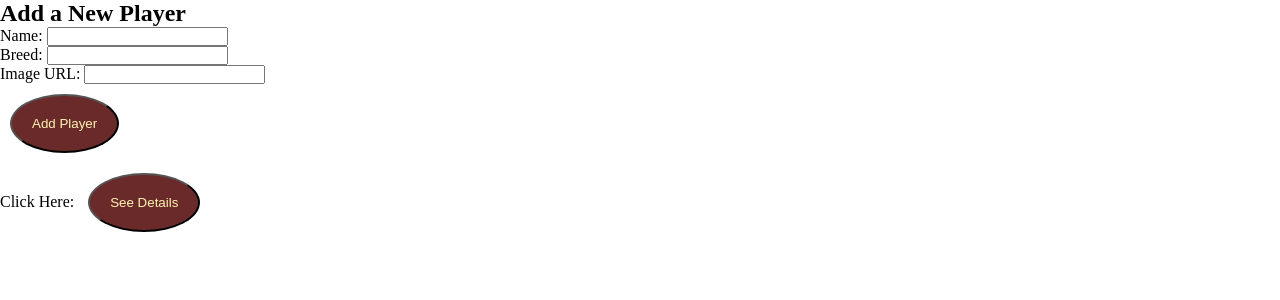
Repository: StaceyS27/puppybowl
Page: index.html
An editor plug-in stored every save of this project. The page is shown before and after the next save, followed by the edit.
The browser window is 1280 px wide. The pictures show the whole page.
The page's requests for data from a server got no answer.

Above is the page before, as saved 2023-09-03 13:43:42.

### index.html
<!DOCTYPE html>
<html lang="en">
  <head>
    <meta charset="UTF-8" />
    <meta http-equiv="X-UA-Compatible" content="IE=edge" />
    <meta name="viewport" content="width=device-width, initial-scale=1.0" />
    <link rel="stylesheet" href="styles.css" />
    <title>PuppyBowl</title>
  </head>
  <body>
    <form id="new-player-form"></form>
    <h2>Add a New Player</h2>
    <label for="name">Name:</label>
    <input type="text" id="name" name="name" required /><br />
    <label for="breed">Breed:</label>
    <input type="text" id="breed" name="breed" required /><br />
    <label for="imageUrl">Image URL:</label>
    <input type="text" id="imageUrl" name="imageUrl" required /><br />
    <button type="submit">Add Player</button>
    <main></main>
    <form id="See Details"></form>
    <label for="See Details">Click Here:</label>
    <button type="See details">See Details</button>
    <script src="./script.js"></script>
  </body>
</html>

### styles.css
*{
  padding: 0;
  margin: 0;
  box-sizing: border-box;
}

/*-------------------NAV BAR-------------------*/
.navbar {
  margin-bottom: 20px;
  padding: 10px;
  background-image: linear-gradient(goldenrod, gold, yellow);
  border-bottom: solid 20px yellow;
}
.navbar a:hover{
  font-weight: bold;
}
.navbar>a {
  color: rgb(0, 26, 78);
  font-family: Arial, Helvetica, sans-serif;
  padding: 20px;
  text-decoration: none;
}
/*-------------------GRID-------------------*/
#player-container {
  display: grid;
  grid-template-columns: repeat(4, 1fr);
  grid-template-rows: repeat(3, 1fr);
  column-gap: 20px;
  /*Adds spacing between columns; especially the nav bar background color and other content*/
}

/*All div children of player container will have this styling. NOTE: some may be changed with !important*/
#player-container>div {
  border: solid 5px rgb(0, 26, 78);
  border-radius: 10%;
  margin: 10px;
  padding: 20px;
  background-image: linear-gradient(rgb(0, 26, 78), goldenrod);
  color: rgb(255, 244, 179);
  font-family: Arial, Helvetica, sans-serif;
}

/*-------------------PUPPY IMAGE-------------------*/
/*Sizing for puppy images */
img {
  margin-top: 10px;
  margin-bottom: 10px;
  border: solid 5px rgb(0, 26, 78);
  height: 200px;
  width: 150px;
  align-items: center;
}
/*-------------------BUTTON STYLING-------------------*/
button {
  border-radius: 50%;
  margin: 10px;
  padding: 20px;
  background-color: rgb(106, 42, 42);
  color: rgb(255, 244, 179);
  font-family: Arial, Helvetica, sans-serif;
}

### script.js
// Use the API_URL variable to make fetch requests to the API.
// Replace the placeholder with your cohort name (ex: 2109-UNF-HY-WEB-PT)
const cohortName = "2306-GHP-ET-WEB-PT-SF";
const API_URL = `https://fsa-puppy-bowl.herokuapp.com/api/${cohortName}`;

/**
 * Fetches all players from the API.
 * @returns {Object[]} the array of player objects
 */
const fetchAllPlayers = async () => {
  try {
    const response = await fetch(`${API_URL}/players`);
    const result = await response.json();
    const playersArray = result.data.players
    console.log(playersArray);
    return playersArray;
  } catch (err) {
    console.error("Uh oh, trouble fetching players!", err);
  }
};

/**
 * Fetches a single player from the API.
 * @param {number} playerId
 * @returns {Object} the player object
 */
const fetchSinglePlayer = async (playerId) => {
  try {
    const response = await fetch (`${API_URL}/players/${playerId}`)
    const result = await response.json();
    console.log(result);
    return result;
  } catch (err) {
    console.error(`Oh no, trouble fetching player #${playerId}!`, err);
  }
}


/**
 * Adds a new player to the roster via the API.
 * @param {Object} playerObj the player to add
 * @returns {Object} the player returned by the API
 */
const addNewPlayer = async (playerObj) => {
  try {
    // TODO
  } catch (err) {
    console.error("Oops, something went wrong with adding that player!", err);
  }
};

/**
 * Removes a player from the roster via the API.
 * @param {number} playerId the ID of the player to remove
 */
const removePlayer = async (playerId) => {
  try {
    // TODO
  } catch (err) {
    console.error(
      `Whoops, trouble removing player #${playerId} from the roster!`,
      err
    );
  }
};

/**
 * Updates `<main>` to display a list of all players.
 *
 * If there are no players, a corresponding message is displayed instead.
 *
 * Each player is displayed in a card with the following information:
 * - name
 * - id
 * - image (with alt text of the player's name)
 *
 * Additionally, each card has two buttons:
 * - "See details" button that, when clicked, calls `renderSinglePlayer` to
 *    display more information about the player
 * - "Remove from roster" button that, when clicked, will call `removePlayer` to
 *    remove that specific player and then re-render all players
 *
 * Note: this function should replace the current contents of `<main>`, not append to it.
 * @param {Object[]} playerList - an array of player objects
 */
const renderAllPlayers = (playerList) => {
  // TODO
};

/**
 * Updates `<main>` to display a single player.
 * The player is displayed in a card with the following information:
 * - name
 * - id
 * - breed
 * - image (with alt text of the player's name)
 * - team name, if the player has one, or "Unassigned"
 *
 * The card also contains a "Back to all players" button that, when clicked,
 * will call `renderAllPlayers` to re-render the full list of players.
 * @param {Object} player an object representing a single player
 */
const renderSinglePlayer = (player) => {
  // TODO
};

/**
 * Fills in `<form id="new-player-form">` with the appropriate inputs and a submit button.
 * When the form is submitted, it should call `addNewPlayer`, fetch all players,
 * and then render all players to the DOM.
 */
const renderNewPlayerForm = () => {
  try {
    // TODO
  } catch (err) {
    console.error("Uh oh, trouble rendering the new player form!", err);
  }
};

/**
 * Initializes the app by fetching all players and rendering them to the DOM.
 */
const init = async () => {
  const players = await fetchAllPlayers();
  renderAllPlayers(players);

  renderNewPlayerForm();
};

// This script will be run using Node when testing, so here we're doing a quick
// check to see if we're in Node or the browser, and exporting the functions
// we want to test if we're in Node.
if (typeof window === "undefined") {
  module.exports = {
    fetchAllPlayers,
    fetchSinglePlayer,
    addNewPlayer,
    removePlayer,
    renderAllPlayers,
    renderSinglePlayer,
    renderNewPlayerForm,
  };
} else {
  init();
}

After the next save:
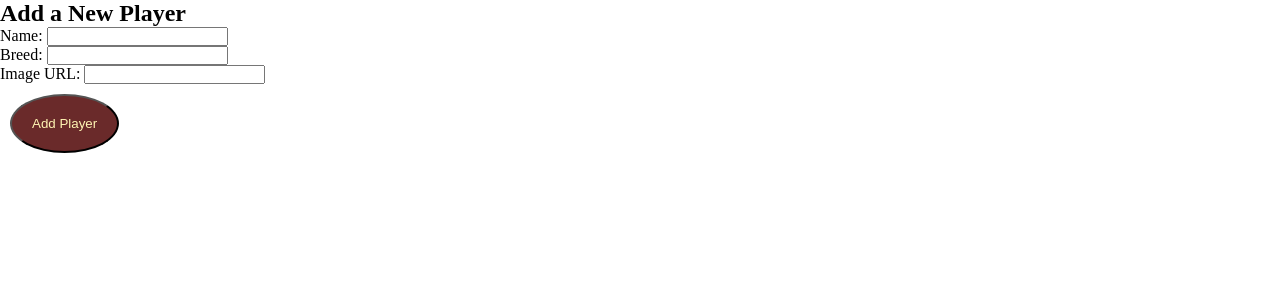
Saved 3 min 0 s later.
--- a/index.html
+++ b/index.html
@@ -18,9 +18,5 @@
     <input type="text" id="imageUrl" name="imageUrl" required /><br />
     <button type="submit">Add Player</button>
     <main></main>
-    <form id="See Details"></form>
-    <label for="See Details">Click Here:</label>
-    <button type="See details">See Details</button>
-    <script src="./script.js"></script>
-  </body>
+
 </html>

After the save that followed:
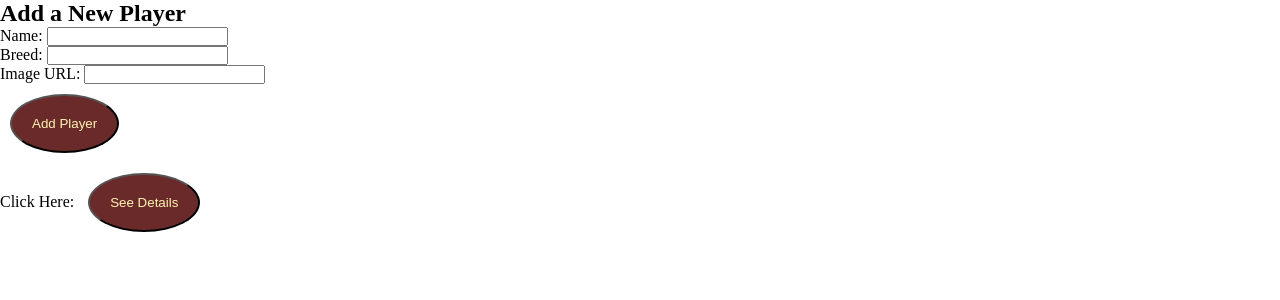
Saved 5 s later.
--- a/index.html
+++ b/index.html
@@ -18,5 +18,9 @@
     <input type="text" id="imageUrl" name="imageUrl" required /><br />
     <button type="submit">Add Player</button>
     <main></main>
-
+    <form id="See Details"></form>
+    <label for="See Details">Click Here:</label>
+    <button type="See details">See Details</button>
+    <script src="./script.js"></script>
+  </body>
 </html>
